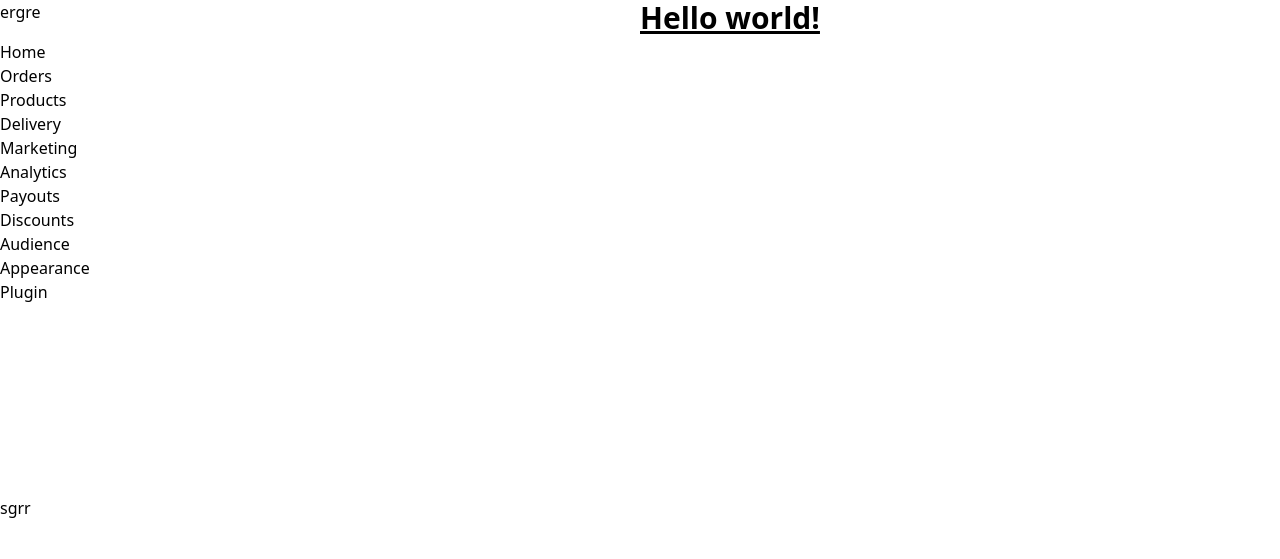
Repository: Yh010/dukaanDashboard
Page: /
These files come from the project's save history. The page is drawn as it stood at one moment and after the next save; the edit follows.
The browser window is 1280 px wide. The pictures show the whole page.
The project was rebuilt for these pictures with package versions that can differ from the ones it lists, and the page was loaded fresh each time. Also part of the build but not shown: vite.config.js, src/App.css.

Above is the page before, as saved 2024-01-21 11:33:58.

After the next save:
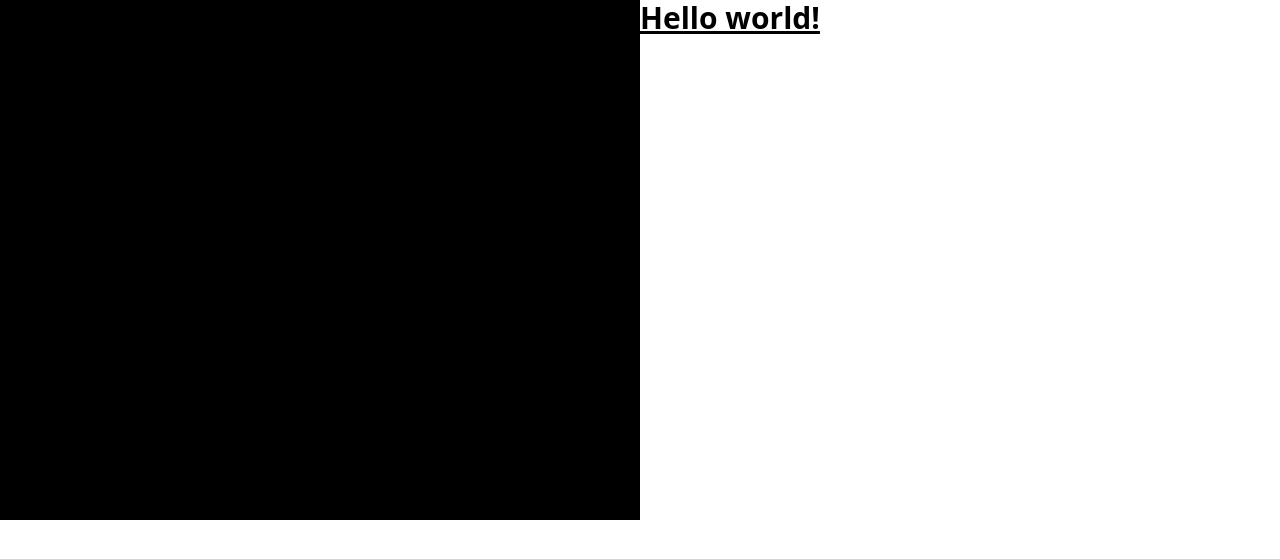
Saved 50 s later.
--- a/src/components/sidenavbar.jsx
+++ b/src/components/sidenavbar.jsx
@@ -1,6 +1,6 @@
 function SideNavBar() {
     return (
-        <div className="sidenavbar  ">
+        <div className="sidenavbar bg-black" >
 
             <div className=" space-y-48 justify-between">
                 <div className="space-y-4">
